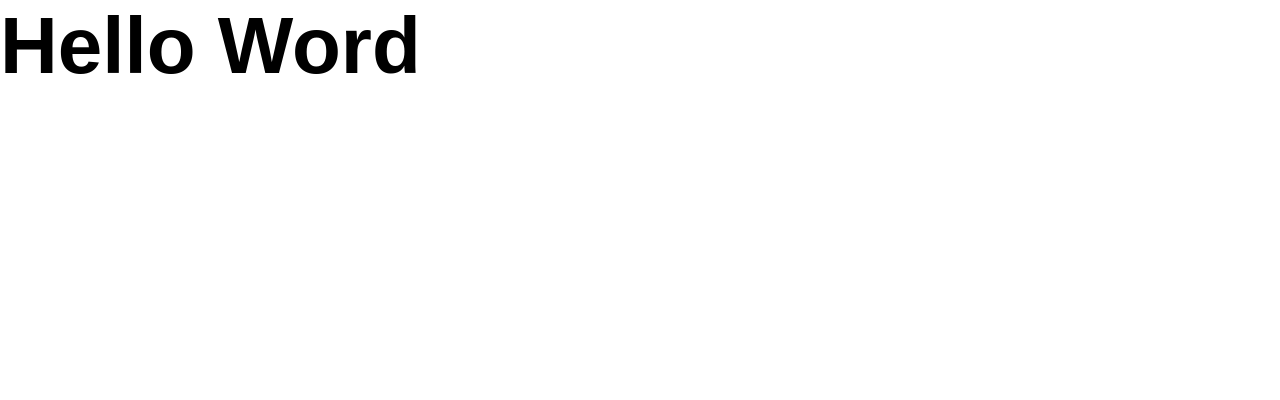
Repository: soualexandre/github-explore
Page: /
The author's editor kept a copy of each file at every save. The page is drawn from the files as they stood at one save, then again after the next save.
The browser window is 1280 px wide. The pictures show the whole page.
The project was rebuilt for these pictures with package versions that can differ from the ones it lists, and the page was loaded fresh each time. Also part of the build but not shown: webpack.config.js.

Above is the page before, as saved 2021-07-09 14:38:11.

After the next save:
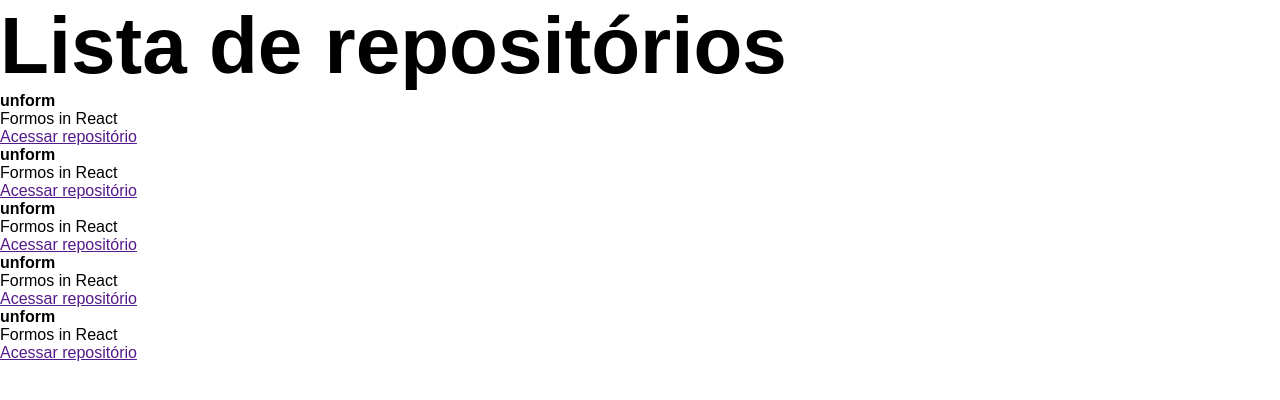
Saved 62 s later.
--- a/src/App.jsx
+++ b/src/App.jsx
@@ -1,5 +1,7 @@
 import React from 'react'
 import './atyles/global.scss'
+import { RepositoryList } from './components/RepositoryList'
+
 export function App(){
-    return <h1>Hello Word</h1>
+    return <RepositoryList/>
 }
